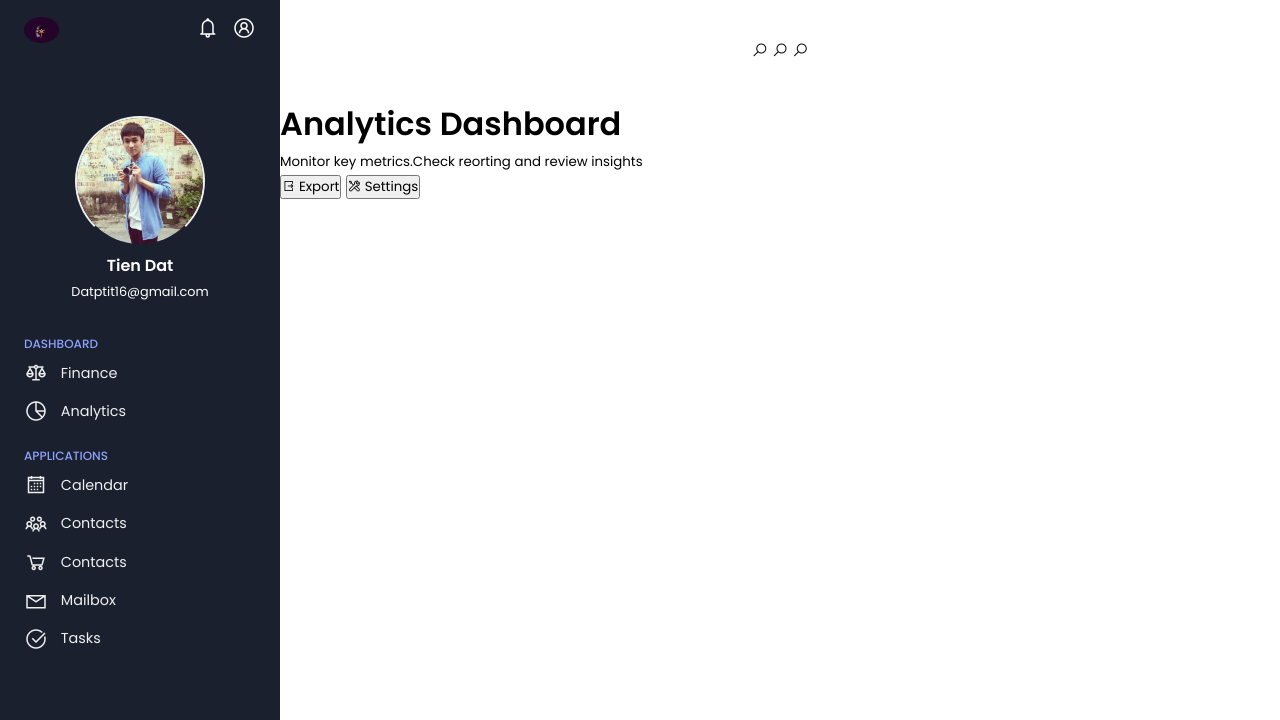
Repository: Datt21/dashboard-fe-project
Page: index.html
The author's editor kept a copy of each file at every save. The page is drawn from the files as they stood at one save, then again after the next save.
The browser window is 1280 px wide. The pictures show the whole page.

Above is the page before, as saved 2021-06-08 14:42:20.

### index.html
<!DOCTYPE html>
<html lang="en">
<head>
    <meta charset="UTF-8">
    <meta http-equiv="X-UA-Compatible" content="IE=edge">
    <meta name="viewport" content="width=device-width, initial-scale=1.0 maxium-scale=1.0">

    <!-- =============== UNICONS =================== -->
    <link rel="stylesheet" href="https://maxst.icons8.com/vue-static/landings/line-awesome/line-awesome/1.3.0/css/line-awesome.min.css">
    <!-- =============== GOOGLE FONT =============== -->

    <!-- =============== CSS ================== -->
    <link rel="stylesheet" href="./assets/css/style.css">

    <title>Tien Dat Admin Dashboard</title>

</head>
<body>
    <!-- ========== SIDEBAR======== -->
    <div class="sidebar">
    <!-- brand -->
         <div class="sidebar__brand">
             <div class="brand__flex">
                 <img src="./img/loGO1.jpg" width="35px" alt="">

                 <div class="brand__icons">
                     <span class="las la-bell"></span>
                     <span class="las la-user-circle"></span>
                 </div>
             </div>
         </div>
    <!-- main -->
         <div class="sidebar__main">
             <div class="sidebar__user">
                 <img src="./img/119942988_206292647508421_8132941228799644311_n.jpg" alt="">
                 <div>
                     <h3> Tien Dat</h3>
                     <span> Datptit16@gmail.com</span>
                 </div>
             </div>
             <div class="sidebar__menu">
                 <div class="menu-head">
                     <span> Dashboard</span>
                 </div>
                 <ul>
                     <li>
                         <a href="">
                         <span class="las la-balance-scale"></span>
                        Finance
                        </a>
                    </li>
                     <li>
                         <a href=""><span class="las la-chart-pie"></span>
                        Analytics
                         </a>
                    </li>
                 </ul>

                 <div class="menu-head">
                    <span> Applications</span>
                </div>
                <ul>
                    <li>
                        <a href="">
                        <span class="las la-calendar"></span>
                       Calendar
                       </a>
                   </li>
                    <li>
                        <a href=""><span class="las la-users"></span>
                       Contacts
                        </a>
                   </li>
                    <li>
                        <a href=""><span class="las la-shopping-cart"></span>
                       Contacts
                        </a>
                   </li>
                    <li>
                        <a href=""><span class="las la-envelope"></span>
                       Mailbox
                        </a>
                   </li>
                    <li>
                        <a href=""><span class="las la-check-circle"></span>
                       Tasks
                        </a>
                   </li>
                </ul>
             </div>
         </div>
    </div>

    <!-- ================== MAIN CONTENT===================== -->
    <div class="main__content">
        <header>
            <span class="bars"></span>

            <div>
                <span class="las la-search"></span>
                <span class="las la-search"></span>
                <span class="las la-search"></span>
            </div>
        </header>

        <main>
            <div class="page-header">
                <div>
                    <h1>Analytics Dashboard</h1>
                    <small>Monitor key metrics.Check reorting and review insights</small>
                </div>

                <div>
                    <button>
                        <span class="las la-file-export"></span>
                        Export
                    </button>
                    <button>
                        <span class="las la-tools"></span>
                        Settings
                    </button>
                </div>
            </div>
        </main>
    </div>
</body>
</html>

### assets/css/style.css
@import url('https://fonts.googleapis.com/css2?family=Poppins:wght@300;400;500;600&display=swap');

:root{
    --color-main: #1a202e;
}

*{
    font-family: 'Poppins', sans-serif ;
    box-sizing: border-box;
    text-decoration: none;
    list-style-type: none;
    margin: 0;
    padding: 0;
}

.sidebar{
    width: 280px;
    position: fixed;
    left: 0;
    top: 0;
    height: 100%;
    padding: 1rem 1.5rem;
    background: var(--color-main);
    color: #fff;
}

.sidebar__brand{
    height: 100px;
}

.brand__flex{
    display: flex;
    justify-content: space-between;
    align-items: center;
}

.brand__flex img{
    border-radius: 50%;
}

.brand__icons span{
    font-size: 1.5rem;
    margin-left: 0.5rem;
}

.sidebar__user{
    margin: 0rem 0rem 1rem 0rem;
    text-align: center;
}

.sidebar__user img{
    width: 130px;
    height: 130px;
    border-radius: 50%;
    border: 2px solid #efefef;
    border-top: 2px solid #efefef;
    border-left: 2px solid #efefef;
    border-right: 2px solid #efefef;
    border-bottom: 2px solid transparent;
}

.sidebar__user h3{
    font-size: 1rem;
}

.sidebar__user span{
    font-size: .8rem;
}

.sidebar__menu {
    margin-top: 2rem;
}

.menu-head {
    text-transform: uppercase;
    color: #8da2fb;
    font-size: .75rem;
    font-weight: 500;
    margin-bottom: 0.5rem;
}

.sidebar__menu ul{
    margin-bottom: 1.5rem;
}

.sidebar__menu li{
    margin-bottom: 0.9rem;

}

.sidebar__menu li a{
    color: #efefef;
    font-size: .9rem;
    display: flex;
    align-items: center;
}

.sidebar__menu li a span{
    font-size: 1.5rem;
    display: inline-block;
    margin-right: 0.8rem;
}

.main__content{
    margin-left: 280px;
}

header{
    height: 100px;
    display: flex;
    justify-content: center;
    align-items: center;
}

After the next save:
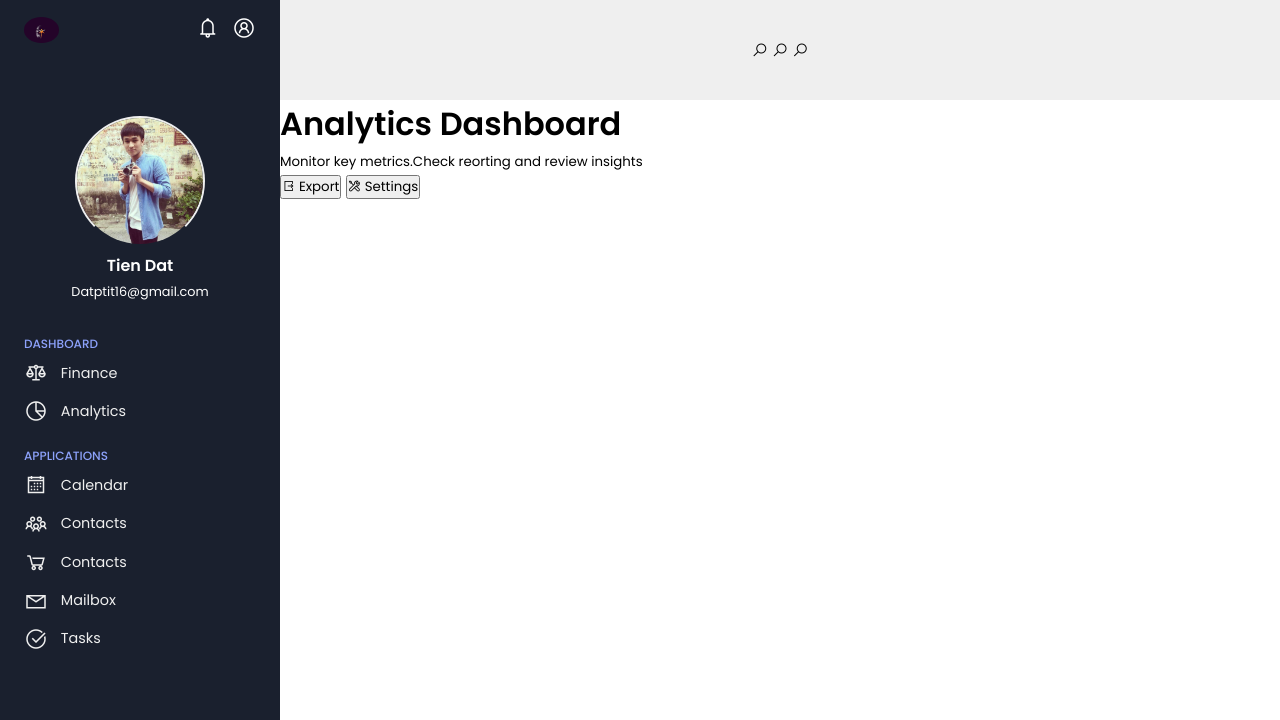
Saved 21 s later.
--- a/assets/css/style.css
+++ b/assets/css/style.css
@@ -110,4 +110,5 @@ header{
     display: flex;
     justify-content: center;
     align-items: center;
+    background: #efefef;
 }
